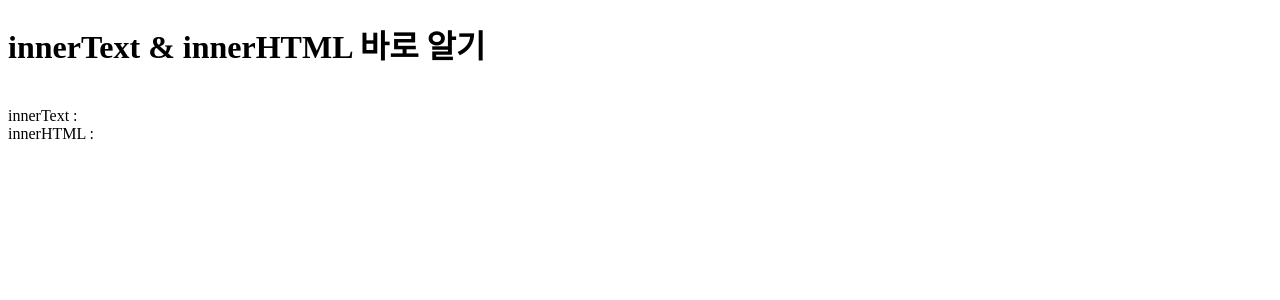
Repository: trapezer84/JSP
Page: http://localhost/Z_Test/test1.jsp
The author's editor kept a copy of each file at every save. The page is drawn from the files as they stood at one save, then again after the next save.
The browser window is 1280 px wide. The pictures show the whole page.
The page is served by Tomcat 9.

Above is the page before, as saved 2016-02-05 06:44:37.

After the next save:
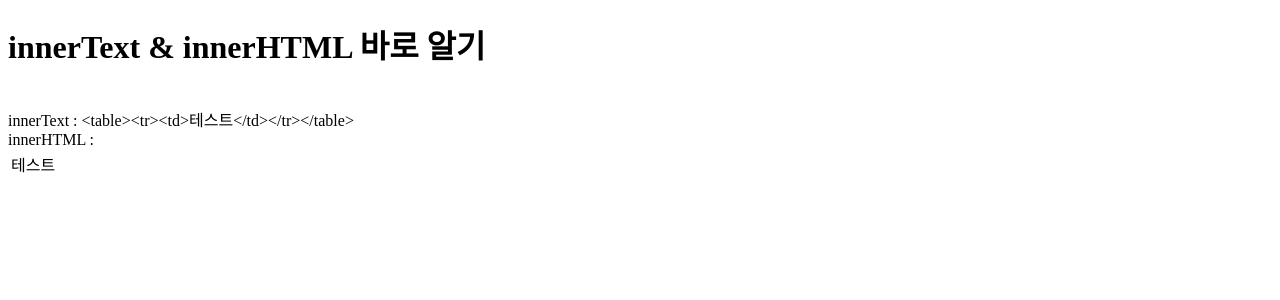
Saved 15 s later.
--- a/Z_Test/WebContent/test1.jsp
+++ b/Z_Test/WebContent/test1.jsp
@@ -17,7 +17,7 @@
 	}
 </script>
 </head>
-<body>
+<body onload="test()">
 
 <h1>innerText & innerHTML 바로 알기</h1> <br />
 
